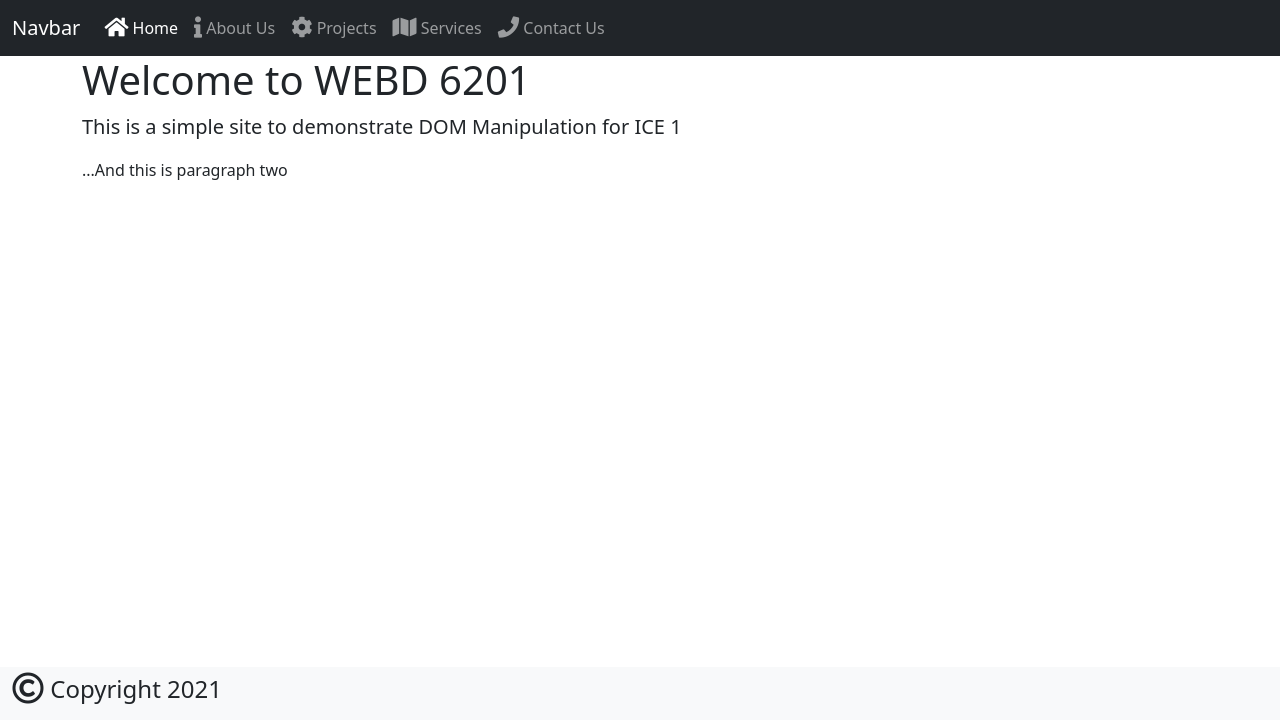
Repository: ErikHayward/WEBD6201-W2021-ICE1b
Page: index.html
These files come from the project's save history. The page is drawn as it stood at one moment and after the next save; the edit follows.
The browser window is 1280 px wide. The pictures show the whole page.

Above is the page before, as saved 2021-01-22 20:13:03.

### index.html
<!DOCTYPE html>
<html lang="en">
<head>
    <meta charset="UTF-8">
    <meta name="viewport" content="width=device-width, initial-scale=1.0">
    <title>WEBD6201 - W2021 - ICE 1</title>
    <!-- CSS Section -->
    <link rel="stylesheet" href="./node_modules/bootstrap/dist/css/bootstrap.min.css">
    <link rel="stylesheet" href="./node_modules/@fortawesome/fontawesome-free/css/all.min.css">
    <link rel="stylesheet" href="./Content/app.css">
</head>
<body>

    <header>
        <nav class="navbar navbar-expand-lg navbar-dark bg-dark">
            <div class="container-fluid">
              <a class="navbar-brand" href="#">Navbar</a>
              <button class="navbar-toggler" type="button" data-bs-toggle="collapse" data-bs-target="#navbarSupportedContent" aria-controls="navbarSupportedContent" aria-expanded="false" aria-label="Toggle navigation">
                <span class="navbar-toggler-icon"></span>
              </button>
              <div class="collapse navbar-collapse" id="navbarSupportedContent">
                <ul class="navbar-nav me-auto mb-2 mb-lg-0">

                  <li class="nav-item">
                    <a class="nav-link active" aria-current="page" href="#"><i class="fas fa-home fa-lg"></i> Home</a>
                  </li>

                  <li class="nav-item">
                    <a class="nav-link" aria-current="page" href="#"><i class="fas fa-info fa-lg"></i> About Us</a>
                  </li>

                  <li class="nav-item">
                    <a class="nav-link" aria-current="page" href="#"><i class="fas fa-cog fa-lg"></i> Projects</a>
                  </li>

                  <li class="nav-item">
                    <a class="nav-link" aria-current="page" href="#"><i class="fas fa-map fa-lg"></i> Services</a>
                  </li>

                  <li class="nav-item">
                    <a class="nav-link" aria-current="page" href="#"><i class="fas fa-phone fa-lg"></i> Contact Us</a>
                  </li>

                </ul>
              </div>
            </div>
          </nav>
    </header>

    <main class="container">
        <h1>Welcome to WEBD 6201</h1>
        <p id="paragraphOne"></p>
    </main>

    <footer>
        <nav class="navbar fixed-bottom navbar-light bg-light">
            <div class="container-fluid">
              <h4><i class="far fa-copyright fa-lg"></i> Copyright 2021</h4>
            </div>
          </nav>
    </footer>

    <!-- Script Section -->
    <script src="./node_modules/jquery/dist/jquery.min.js"></script>
    <script src="./node_modules/bootstrap/dist/js/bootstrap.bundle.min.js"></script>
    <script src="./Scripts/app.js"></script>
</body>
</html>

### Content/app.css
/* Custom CSS goes here */

### Scripts/app.js
/* Custom Java Script goes here */

// IIFE - Immediately Invoked Function Expression
// AKA - Anonymous Self-Executing Function
// Closure - limits scope leak

"use strict";

(function(){

    function Start(){
        console.log("App Started...");

        let paragraphOneText = "This is a simple site to demonstrate DOM Manipulation for ICE 1";

        let paragraphOneElement = document.getElementById("paragraphOne");

        paragraphOneElement.textContent = paragraphOneText;
        paragraphOneElement.className = "fs-5";

        // Step 1. document.createElement
        let newParagraph = document.createElement("p");
        // Step 2. configure the element
        newParagraph.setAttribute("id", "paragraphTwo");
        newParagraph.textContent = "...And this is paragraph two";
        // Step 3. select the parent element
        let mainContent = document.getElementsByTagName("main")[0];
        // Step 4. Add / Insert element
        mainContent.appendChild(newParagraph);

        newParagraph.className = "fs-6";

        // another way of injecting content
        //let paragraphThree = `<p class = "fs-7 fw-bold">And this is the third paragraph</p>`
        //mainContent.innerHTML = paragraphThree;


    }

    window.addEventListener("load", Start);

})();

Loaded but not shown: node_modules/bootstrap/dist/css/bootstrap.min.css (library); node_modules/@fortawesome/fontawesome-free/css/all.min.css (library); node_modules/jquery/dist/jquery.min.js (library); node_modules/bootstrap/dist/js/bootstrap.bundle.min.js (library)

After the next save:
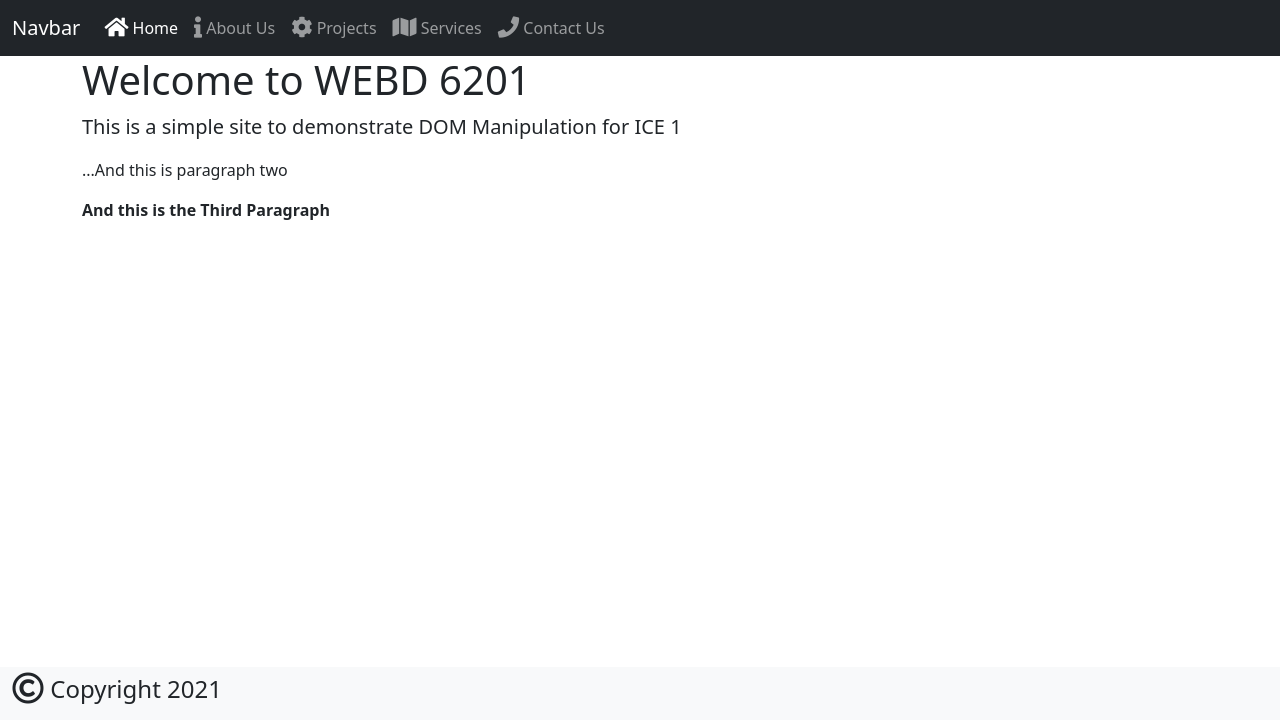
Saved 4 min 42 s later.
--- a/Scripts/app.js
+++ b/Scripts/app.js
@@ -31,9 +31,17 @@
         newParagraph.className = "fs-6";
 
         // another way of injecting content
-        //let paragraphThree = `<p class = "fs-7 fw-bold">And this is the third paragraph</p>`
-        //mainContent.innerHTML = paragraphThree;
+        let paragraphDiv = document.createElement('div');
+        let paragraphThree =`<p id="paragraphThree" class="fs-7 fw-bold">And this is the Third Paragraph</p>`
+        paragraphDiv.innerHTML = paragraphThree;
 
+        // insertions
+
+        // example of inserting before a node
+        // newParagraph.before(paragraphDiv);
+
+        // example of inserting after a node
+        newParagraph.after(paragraphDiv);
 
     }
 
